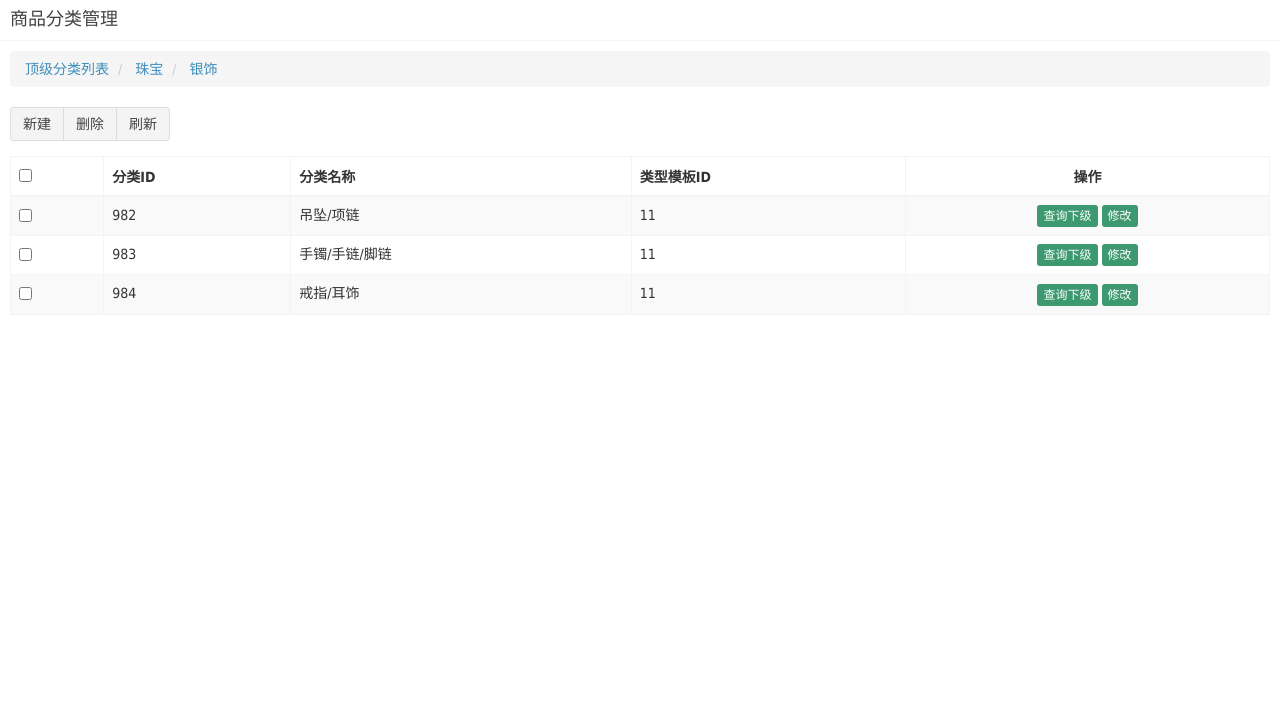
Repository: ybn19951020/pyg
Page: pinyougou-manager-web/src/main/webapp/admin/item_cat.html
The author's editor kept a copy of each file at every save. The page is drawn from the files as they stood at one save, then again after the next save.
The browser window is 1280 px wide. The pictures show the whole page.

Above is the page before, as saved 2019-06-26 16:21:39.

### pinyougou-manager-web/src/main/webapp/admin/item_cat.html
<!DOCTYPE html>
<html>

<head>
	<!-- 页面meta -->
	<meta charset="utf-8">
	<meta http-equiv="X-UA-Compatible" content="IE=edge">
	<title>商品分类管理</title>
	<meta content="width=device-width,initial-scale=1,maximum-scale=1,user-scalable=no" name="viewport">
	<link rel="stylesheet" href="../plugins/bootstrap/css/bootstrap.min.css">
	<link rel="stylesheet" href="../plugins/adminLTE/css/AdminLTE.css">
	<link rel="stylesheet" href="../plugins/adminLTE/css/skins/_all-skins.min.css">
	<link rel="stylesheet" href="../css/style.css">
	<script src="../plugins/jQuery/jquery-2.2.3.min.js"></script>
	<script src="../plugins/bootstrap/js/bootstrap.min.js"></script>

	<script type="text/javascript" src="../plugins/angularjs/angular.min.js">  </script>
	<script type="text/javascript" src="../js/base.js">  </script>
	<script type="text/javascript" src="../js/service/itemCatService.js">  </script>
	<script type="text/javascript" src="../js/controller/baseController.js">  </script>
	<script type="text/javascript" src="../js/controller/itemCatController.js"> </script>


</head>

<body class="hold-transition skin-red sidebar-mini" ng-app="pinyougou" ng-controller="itemCatController">
	<!-- .box-body -->

	<div class="box-header with-border">
		<h3 class="box-title">商品分类管理
		</h3>
	</div>

	<div class="box-body">
		<ol class="breadcrumb">
			<li>
				<a href="#">顶级分类列表</a>
			</li>
			<li>
				<a href="#">珠宝</a>
			</li>
			<li>
				<a href="#">银饰</a>
			</li>
		</ol>

		<!-- 数据表格 -->
		<div class="table-box">

			<!--工具栏-->
			<div class="pull-left">
				<div class="form-group form-inline">
					<div class="btn-group">
						<button type="button" class="btn btn-default" title="新建" data-toggle="modal" data-target="#editModal">
							<i class="fa fa-file-o"></i> 新建</button>
						<button type="button" class="btn btn-default" title="删除">
							<i class="fa fa-trash-o"></i> 删除</button>
						<button type="button" class="btn btn-default" title="刷新">
							<i class="fa fa-check"></i> 刷新</button>

					</div>
				</div>
			</div>


			<!--数据列表-->
			<table id="dataList" class="table table-bordered table-striped table-hover dataTable">
				<thead>
					<tr>
						<th class="" style="padding-right:0px">
							<input type="checkbox" class="icheckbox_square-blue">
						</th>
						<th class="sorting_asc">分类ID</th>
						<th class="sorting">分类名称</th>
						<th class="sorting">类型模板ID</th>

						<th class="text-center">操作</th>
					</tr>
				</thead>
				<tbody>
					<tr>
						<td>
							<input type="checkbox">
						</td>
						<td>982</td>
						<td>吊坠/项链</td>
						<td>
							11
						</td>
						<td class="text-center">
							<button type="button" class="btn bg-olive btn-xs">查询下级</button>
							<button type="button" class="btn bg-olive btn-xs" data-toggle="modal" data-target="#editModal">修改</button>
						</td>
					</tr>
					<tr>
						<td>
							<input type="checkbox"> </td>
						<td>983</td>
						<td>手镯/手链/脚链</td>
						<td>
							11
						</td>
						<td class="text-center">
							<button type="button" class="btn bg-olive btn-xs">查询下级</button>
							<button type="button" class="btn bg-olive btn-xs" data-toggle="modal" data-target="#editModal">修改</button>
						</td>
					</tr>
					<tr>
						<td>
							<input type="checkbox">
						</td>
						<td>984</td>
						<td>戒指/耳饰</td>
						<td>
							11
						</td>
						<td class="text-center">
							<button type="button" class="btn bg-olive btn-xs">查询下级</button>
							<button type="button" class="btn bg-olive btn-xs" data-toggle="modal" data-target="#editModal">修改</button>
						</td>
					</tr>
				</tbody>
			</table>
			<!--数据列表/-->

		</div>
		<!-- 数据表格 /-->




	</div>
	<!-- /.box-body -->


	<!-- 编辑窗口 -->
	<div class="modal fade" id="editModal" tabindex="-1" role="dialog" aria-labelledby="myModalLabel" aria-hidden="true">
		<div class="modal-dialog">
			<div class="modal-content">
				<div class="modal-header">
					<button type="button" class="close" data-dismiss="modal" aria-hidden="true">×</button>
					<h3 id="myModalLabel">商品分类编辑</h3>
				</div>
				<div class="modal-body">

					<table class="table table-bordered table-striped" width="800px">
						<tr>
							<td>上级商品分类</td>
							<td>
								珠宝 >> 银饰
							</td>
						</tr>
						<tr>
							<td>商品分类名称</td>
							<td>
								<input class="form-control" placeholder="商品分类名称"> </td>
						</tr>
						<tr>
							<td>类型模板</td>
							<td>
								<input select2 config="options['type_template']" placeholder="商品类型模板" class="form-control" type="text" />
							</td>
						</tr>
					</table>

				</div>
				<div class="modal-footer">
					<button class="btn btn-success" data-dismiss="modal" aria-hidden="true">保存</button>
					<button class="btn btn-default" data-dismiss="modal" aria-hidden="true">关闭</button>
				</div>
			</div>
		</div>
	</div>
</body>

</html>

### pinyougou-manager-web/src/main/webapp/css/style.css
/* tab 1*/
.double {
	line-height: 58px;
}
.title .glyphicon{
	padding: 3px;
	font-size: 13px;
    border-radius: 8px;
    color: #fff;

}
.data span.arrowup {
	color: #d88918;
}
.data span.arrowdown {
	color: #6bb10a;
}
.item-blue .glyphicon{
	background-color: #39a9ea;
}
.item-green {
	line-height: 58px;
}
.item-green .glyphicon{
	background-color: #6bb10a;
	line-height: 12px;
}
.item-orange .glyphicon{
	background-color:#d88918;
}
.item-red .glyphicon{
	background-color: #f14f4f;
}
.chart .chart-box {
	margin: 10px;
}

/* 数据表格label */
.content-wrapper .data-type {
	/*width: 90%;*/
	margin: 10px 5px;
	border:1px solid #d4d4d4;
	border-radius: 2px;
}
.data-type .title,
.data-type .data {
	padding: 3px 12px;
	border-top: 1px solid #d4d4d4;
	overflow: hidden;
    height: 42px;
}
.data-type .title {
    line-height: 34px;
	border-right: 1px solid #d4d4d4;
}

.data-type .data:last-child{
	border-right: 0;
}
.data-type .title{
	text-align: center;
	background: #ececec;
}
.data-type .data .line{
	vertical-align: middle;
	overflow: hidden;
	padding-bottom: 10px;
	padding-top: 10px;
}

/* label行高度 */
.data-type .data > label {
	line-height:36px;
}
.data-type .data > .form-group {
	line-height:36px;
}
.data-type .data.text {
	line-height:36px;
}
/* label行分隔符 */
.data-type .data.border-right {
	border-right: 1px solid #d4d4d4;
}

/* 表格双倍高度 */
.data-type .title.rowHeight2x,
.data-type .data.rowHeight2x {
	height:84px;
}
.data-type .title.rowHeight2x {
	line-height:78px;
}
/*.data-type .data.rowHeight2x > label {
	line-height:78px;
}*/
.data-type .title.editer,
.data-type .data.editer {
	height:320px;
}
.data-type .title.editer {
	line-height:300px;
}

/*清除parding*/
.padding-clear {
	padding-right: 0px;
	padding-left: 0px;
}

/* 文件上传 */
/*a  upload */
.a-upload {
    padding: 4px 10px;
    height: 35px;
    line-height: 25px;
    position: relative;
    cursor: pointer;
    color: #888;
    background: #fafafa;
    border: 1px solid #ddd;
    border-radius: 4px;
    overflow: hidden;
    display: inline-block;
    *display: inline;
    *zoom: 1
}
.a-upload  input {
    position: absolute;
    font-size: 100px;
    right: 0;
    top: 0;
    opacity: 0;
    filter: alpha(opacity=0);
    cursor: pointer
}
.a-upload:hover {
    color: #444;
    background: #eee;
    border-color: #ccc;
    text-decoration: none
}

### pinyougou-manager-web/src/main/webapp/js/base.js
var app = angular.module('pinyougou', []);//定义品优购模块

### pinyougou-manager-web/src/main/webapp/js/service/itemCatService.js
//服务层
app.service('itemCatService',function($http){

	//读取列表数据绑定到表单中
	this.findAll=function(){
		return $http.get('../itemCat/findAll.do');
	}
	//分页
	this.findPage=function(page,rows){
		return $http.get('../itemCat/findPage.do?page='+page+'&rows='+rows);
	}
	//查询实体
	this.findOne=function(id){
		return $http.get('../itemCat/findOne.do?id='+id);
	}
	//增加
	this.add=function(entity){
		return  $http.post('../itemCat/add.do',entity );
	}
	//修改
	this.update=function(entity){
		return  $http.post('../itemCat/update.do',entity );
	}
	//删除
	this.dele=function(ids){
		return $http.get('../itemCat/delete.do?ids='+ids);
	}
	//搜索
	this.search=function(page,rows,searchEntity){
		return $http.post('../itemCat/search.do?page='+page+"&rows="+rows, searchEntity);
	}
	//根据上级ID查询商品分类列表
	this.findByParentId=function(parentId){
		return $http.get('../itemCat/findByParentId.do?parentId='+parentId);
	}
});

### pinyougou-manager-web/src/main/webapp/js/controller/baseController.js
app.controller('baseController', function ($scope) {

    //分页控件配置
    $scope.paginationConf = {
        currentPage: 1,//当前页
        totalItems: 10,//总记录数
        itemsPerPage: 10,//每页记录数
        perPageOptions: [10, 20, 30, 40, 50],//分页选项
        onChange: function () {//onChange当页码变更后自动触发的方法
            $scope.reloadList();
        }
    };

    //刷新列表
    $scope.reloadList = function () {
        $scope.search($scope.paginationConf.currentPage, $scope.paginationConf.itemsPerPage);
    };


    //用户勾选复选框
    $scope.selectIds = [];//用户勾选的ID集合

    //更新复选
    $scope.updateSelection = function ($event, id) {
        if ($event.target.checked) {
            $scope.selectIds.push(id);	//push向集合添加元素
        } else {
            var index = $scope.selectIds.indexOf(id);//查找值的位置
            $scope.selectIds.splice(index, 1);//参数1:移除的位置 参数2:移除的个数
        }

    };

    $scope.jsonToString = function (jsonString, key) {
        var json = JSON.parse(jsonString);
        var value = "";
        for (var i = 0; i < json.length; i++) {
            if(i>0){
                value+=",";
            }
            value += json[i][key];
        }
        return value;
    }
});

### pinyougou-manager-web/src/main/webapp/js/controller/itemCatController.js
 //控制层
app.controller('itemCatController' ,function($scope,$controller   ,itemCatService){

	$controller('baseController',{$scope:$scope});//继承

    //读取列表数据绑定到表单中
	$scope.findAll=function(){
		itemCatService.findAll().success(
			function(response){
				$scope.list=response;
			}
		);
	}

	//分页
	$scope.findPage=function(page,rows){
		itemCatService.findPage(page,rows).success(
			function(response){
				$scope.list=response.rows;
				$scope.paginationConf.totalItems=response.total;//更新总记录数
			}
		);
	}

	//查询实体
	$scope.findOne=function(id){
		itemCatService.findOne(id).success(
			function(response){
				$scope.entity= response;
			}
		);
	}

	//保存
	$scope.save=function(){
		var serviceObject;//服务层对象
		if($scope.entity.id!=null){//如果有ID
			serviceObject=itemCatService.update( $scope.entity ); //修改
		}else{
			serviceObject=itemCatService.add( $scope.entity  );//增加
		}
		serviceObject.success(
			function(response){
				if(response.success){
					//重新查询
		        	$scope.reloadList();//重新加载
				}else{
					alert(response.message);
				}
			}
		);
	}


	//批量删除
	$scope.dele=function(){
		//获取选中的复选框
		itemCatService.dele( $scope.selectIds ).success(
			function(response){
				if(response.success){
					$scope.reloadList();//刷新列表
					$scope.selectIds=[];
				}
			}
		);
	}

	$scope.searchEntity={};//定义搜索对象

	//搜索
	$scope.search=function(page,rows){
		itemCatService.search(page,rows,$scope.searchEntity).success(
			function(response){
				$scope.list=response.rows;
				$scope.paginationConf.totalItems=response.total;//更新总记录数
			}
		);
	}
	//根据上级ID查询商品分类列表
	$scope.findByParentId=function(parentId){
		itemCatService.findByParentId(parentId).success(
			function(response){
				$scope.list=response;
			}
		)
	}

});

Loaded but not shown: pinyougou-manager-web/src/main/webapp/plugins/bootstrap/css/bootstrap.min.css (library); pinyougou-manager-web/src/main/webapp/plugins/adminLTE/css/AdminLTE.css (library); pinyougou-manager-web/src/main/webapp/plugins/adminLTE/css/skins/_all-skins.min.css (library); pinyougou-manager-web/src/main/webapp/plugins/jQuery/jquery-2.2.3.min.js (library); pinyougou-manager-web/src/main/webapp/plugins/bootstrap/js/bootstrap.min.js (library); pinyougou-manager-web/src/main/webapp/plugins/angularjs/angular.min.js (library)

After the next save:
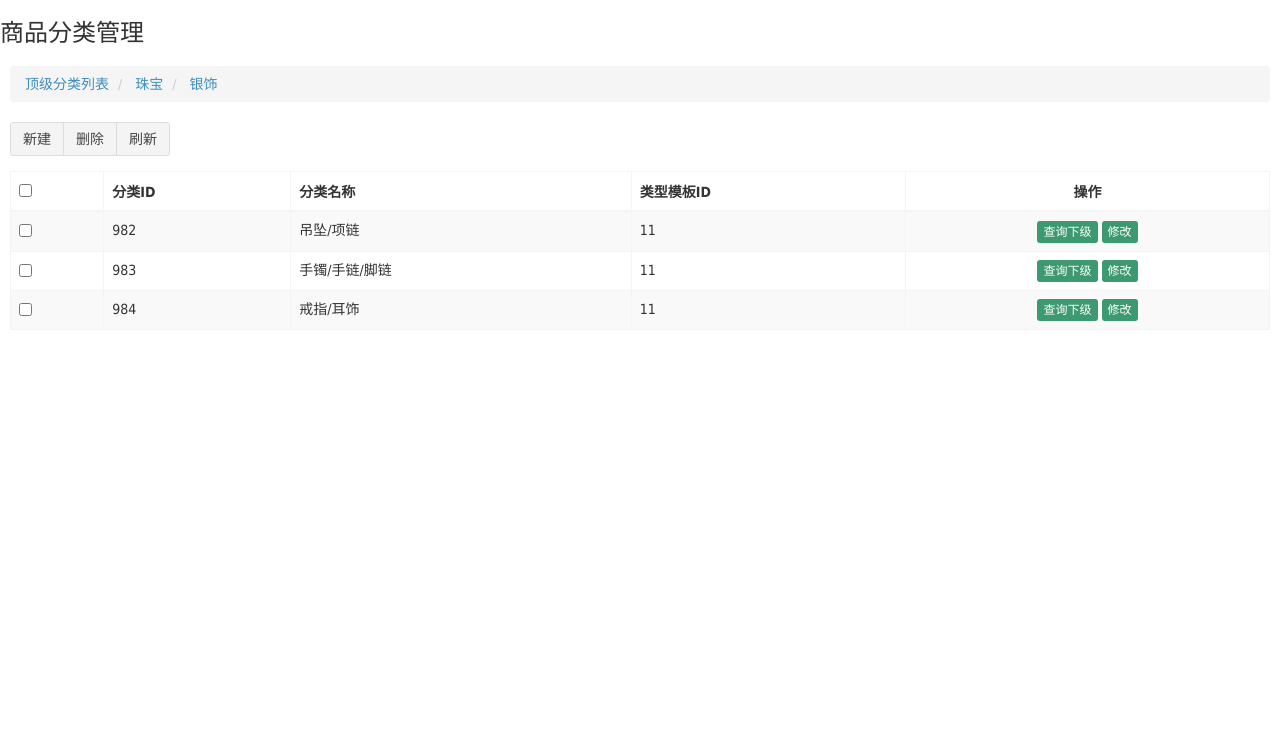
Saved 29 s later.
--- a/pinyougou-manager-web/src/main/webapp/admin/item_cat.html
+++ b/pinyougou-manager-web/src/main/webapp/admin/item_cat.html
@@ -23,7 +23,7 @@
 
 </head>
 
-<body class="hold-transition skin-red sidebar-mini" ng-app="pinyougou" ng-controller="itemCatController">
+<body class="hold-transition skin-red sidebar-mini" ng-app="pinyougou" ng-controller="itemCatController"  ng-init="findByParentId(0)>
 	<!-- .box-body -->
 
 	<div class="box-header with-border">
